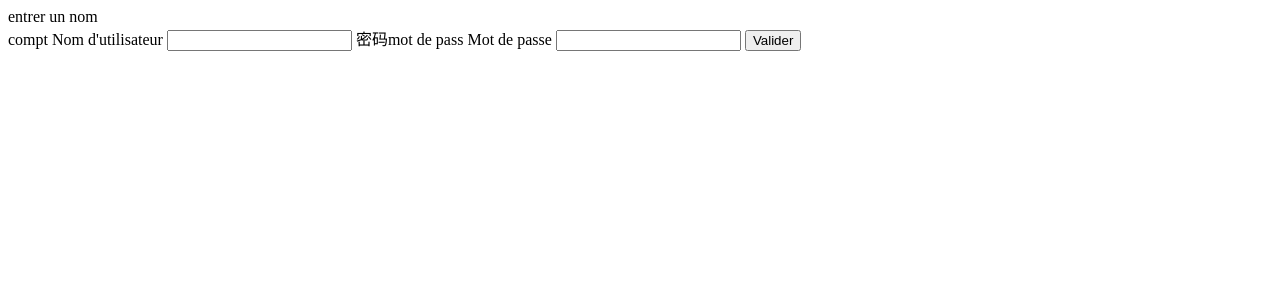
Repository: clairedupuich/serv_drone
Page: http://localhost/test.php
The author's editor kept a copy of each file at every save. The page is drawn from the files as they stood at one save, then again after the next save.
The browser window is 1280 px wide. The pictures show the whole page.
The page is run by PHP 8.4 with error messages shown; the project is at /var/www/html/.

Above is the page before, as saved 2021-06-01 19:20:02.

After the next save:
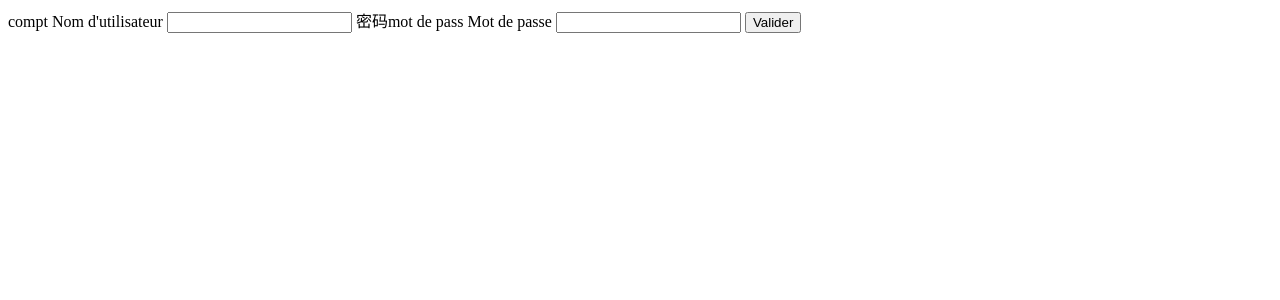
Saved 20 s later.
--- a/test.php
+++ b/test.php
@@ -10,6 +10,7 @@
     <?php
     require_once("pdo.php");
 
+    if(isset($_POST["submit"]))
     if(isset($_POST["username"], $_POST["password"]) && !empty($_POST["username"])&& !empty($_POST["password"])) {
          echo "bonjour".$_POST["username"];
     } else {
